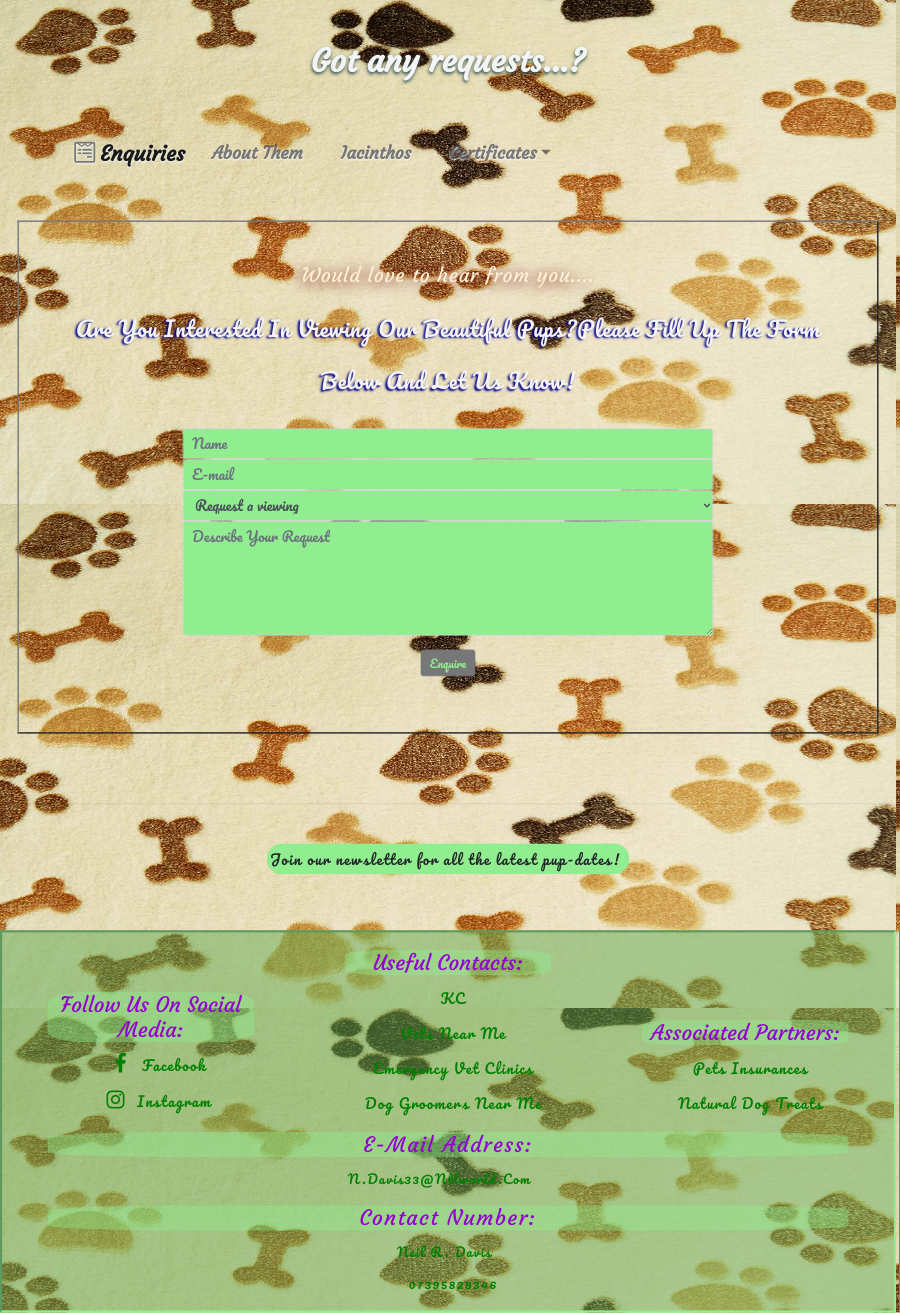
Repository: Code-Institute-Submissions/GeorgiosSklav-Iacinthos-blog
Page: request-form.html
The author's editor kept a record of every edit. The page is drawn from the files as they stood at one moment, then again after the next edit.
The browser window is 1280 px wide. The page is 1285 px wide, so the pictures cover 1285 px, including what lies to the right of the window. The pictures show the whole page, at 70% of full size.
Backgrounds fixed to the window are drawn as part of the page.

Above is the page before.

After the next edit:
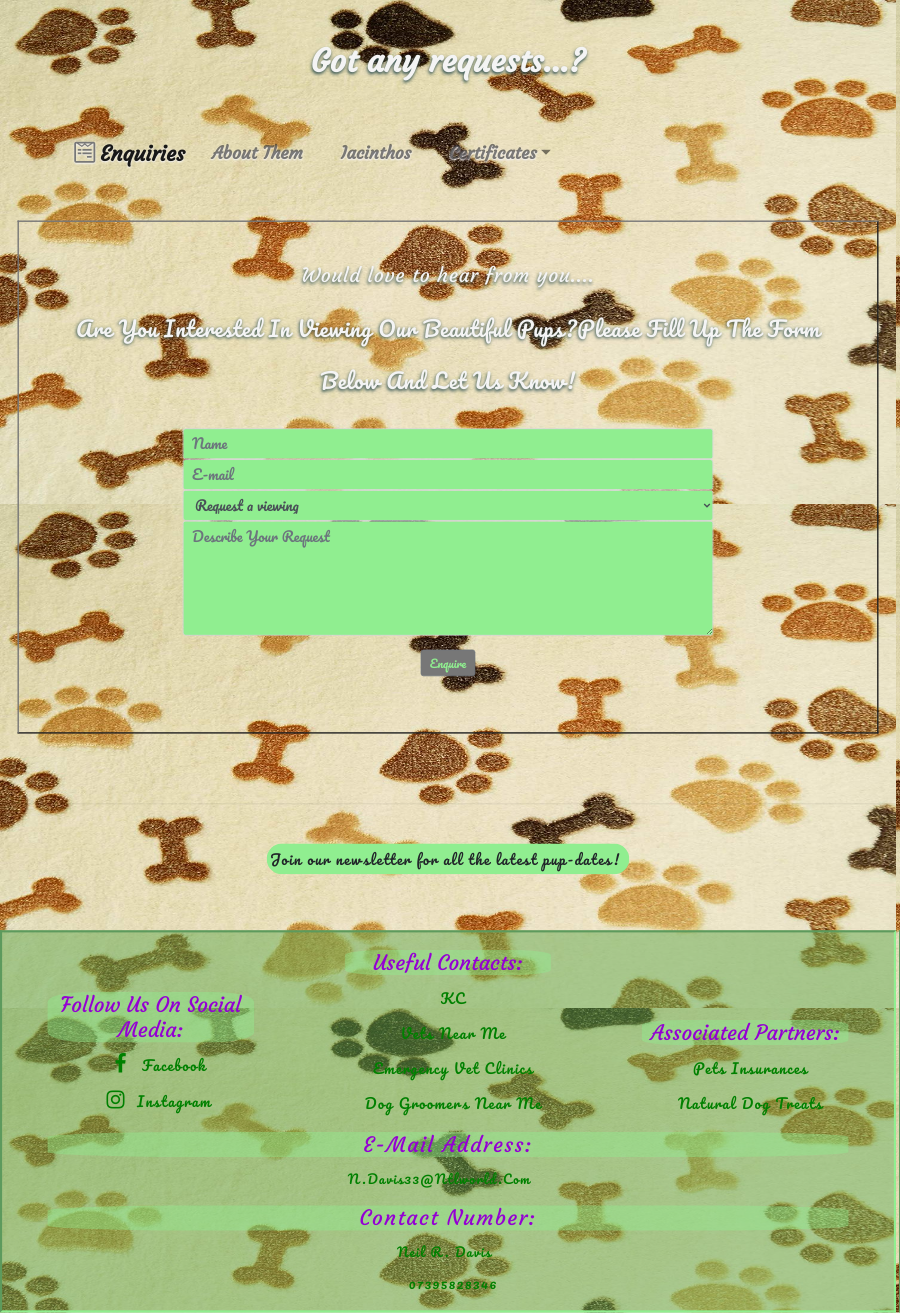
The edit:
--- a/style.css
+++ b/style.css
@@ -192,10 +192,10 @@
     font-family: "Pacifico", sans-serif;
     font-size: 30px;
     letter-spacing: 1px;
-    color: #f4f4f4;;
-    text-shadow: -3px 2px 3px #00008b;
-}
-
+    color: #f4f4f4;/*#f8f8ff*/
+    text-shadow: -1px 2px 5px #2f4f4f;
+}
+text-shadow: -3px 2px 3px #00008b;
 .about .about-title {
     color: #ffefd5;
     text-shadow: -3px 2px 20px #750909;
